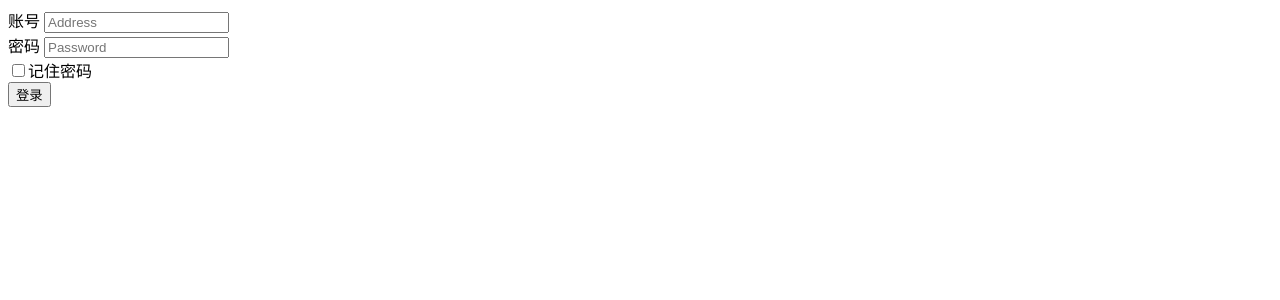
Repository: Jiege005/mytest-software-project
Page: mytest/WebContent/mod1.1.html
The author's editor kept a copy of each file at every save. The page is drawn from the files as they stood at one save, then again after the next save.
The browser window is 1280 px wide. The pictures show the whole page.

Above is the page before, as saved 2025-06-18 00:46:02.

After the next save:
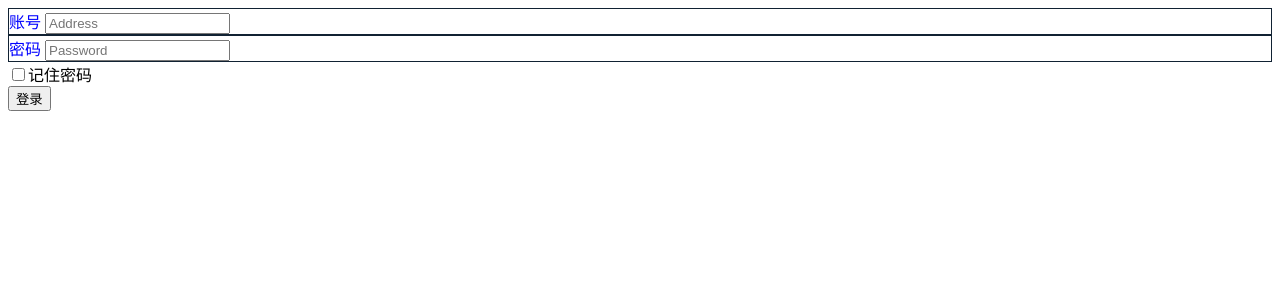
Saved 14 min 52 s later.
--- a/mytest/WebContent/mod1.1.html
+++ b/mytest/WebContent/mod1.1.html
@@ -3,6 +3,12 @@
 	<head>
 		<meta charset="UTF-8">
 		<title>登录</title>
+		<style type="text/css">
+			.form-group{
+				color: blue;
+				border: 1px solid #123;
+			}
+		</style>
 	</head>
 	<body>
 		<form>

After the save that followed:
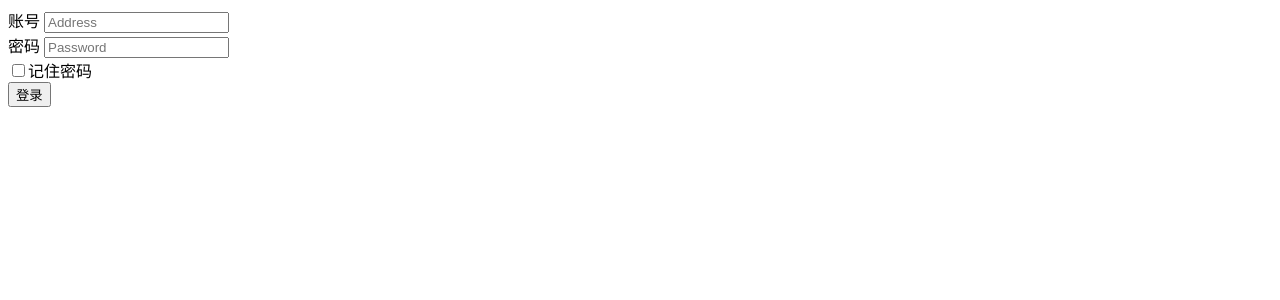
Saved 37 s later.
--- a/mytest/WebContent/mod1.1.html
+++ b/mytest/WebContent/mod1.1.html
@@ -5,8 +5,7 @@
 		<title>登录</title>
 		<style type="text/css">
 			.form-group{
-				color: blue;
-				border: 1px solid #123;
+				class="text-center"
 			}
 		</style>
 	</head>
